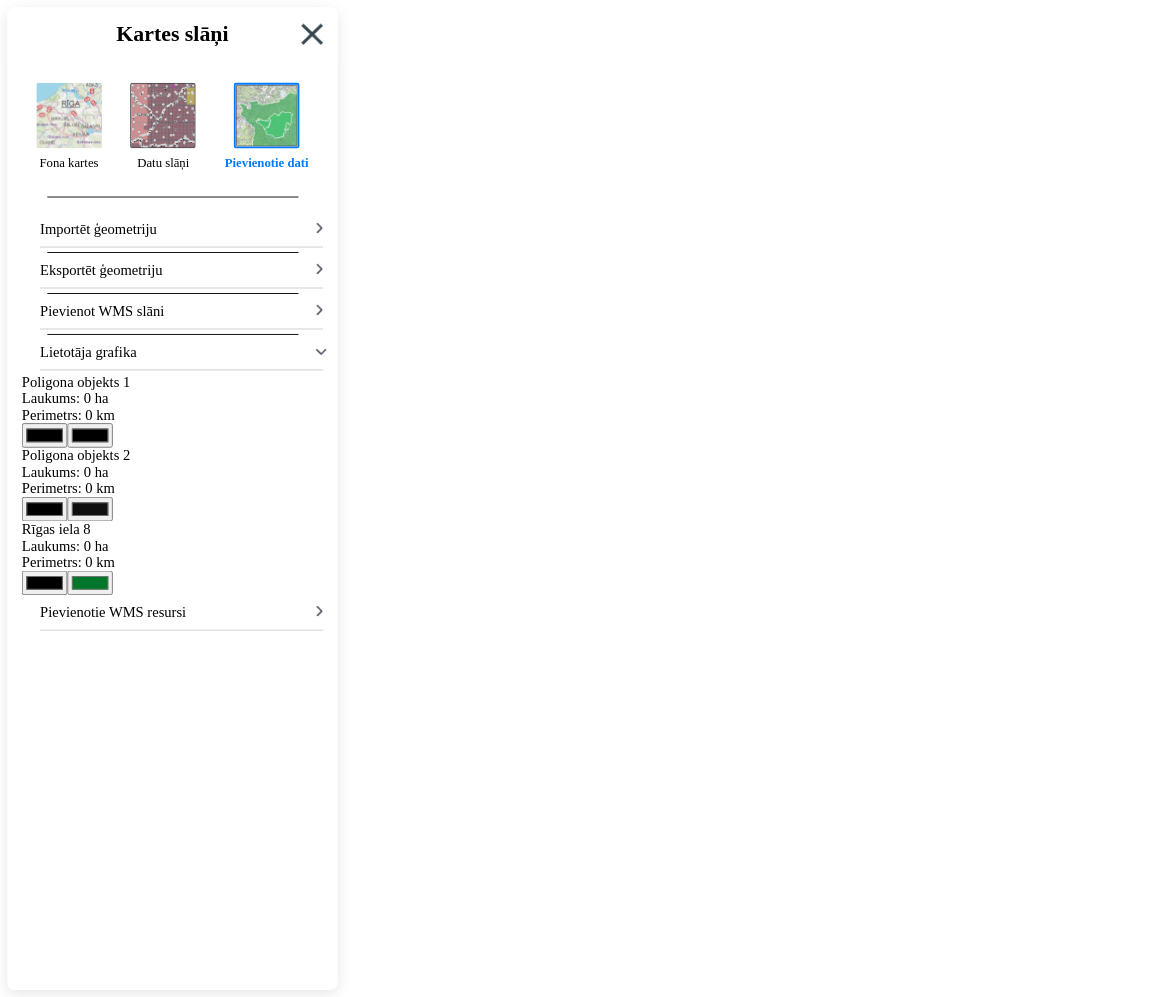
Repository: Kringelis/KP_kar-usl-i
Page: /, after clicking the first element matching `div.sidebar-tabs > :nth-child(3)`
These files come from the project's save history. The page is drawn as it stood at one moment and after the next save; the edit follows.
The browser window is 1280 px wide. The pictures show the whole page, at 91% of full size.
The project was rebuilt for these pictures with package versions that can differ from the ones it lists, and the page was loaded fresh each time. Also part of the build but not shown: src/components/FonaKartes.scss, src/components/DatuSlani.scss, src/components/DatuSlani.jsx, src/App.scss.

Above is the page before, as saved 2024-06-17 16:45:38.

After the next save:
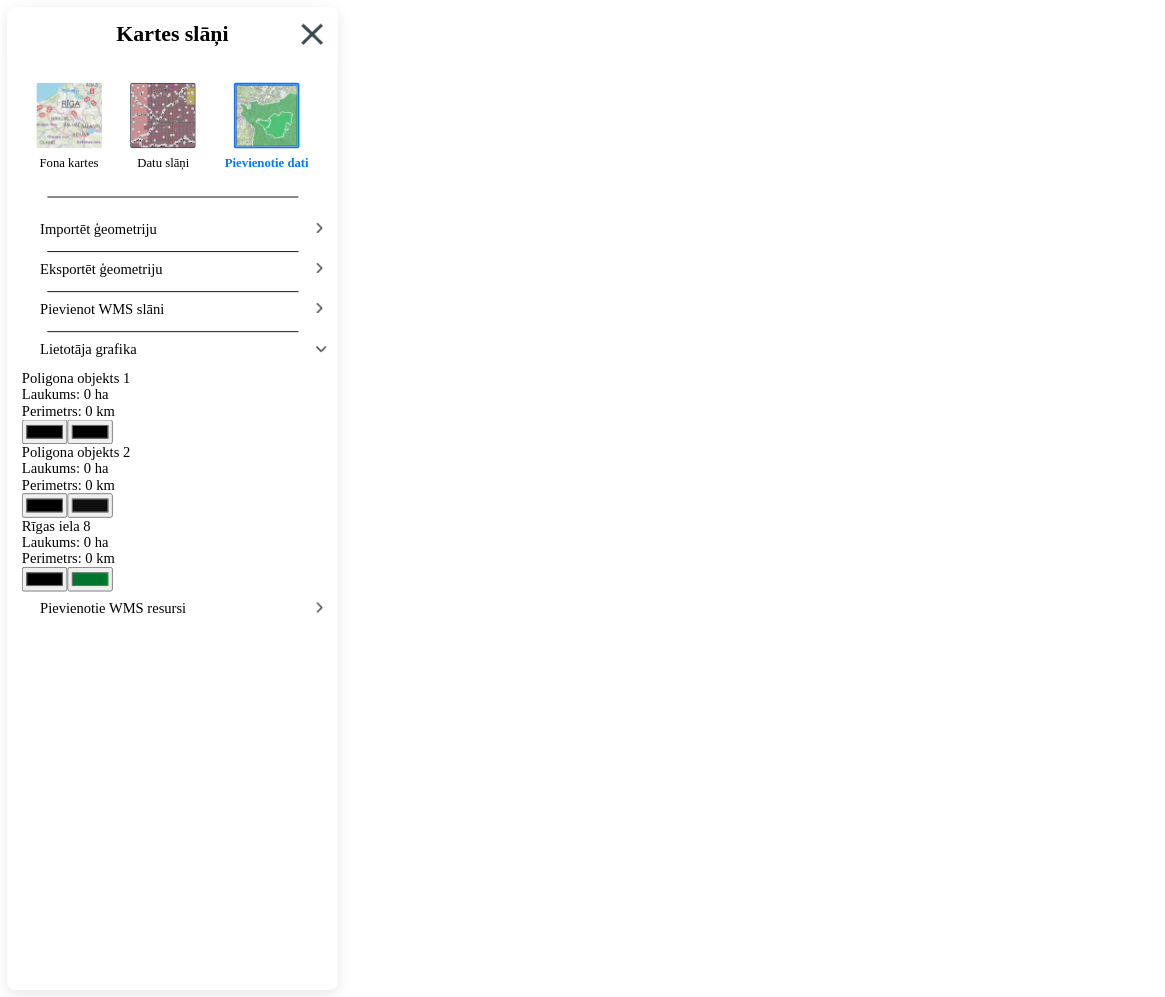
Saved 20 s later.
--- a/src/components/PievienotieDati.scss
+++ b/src/components/PievienotieDati.scss
@@ -8,7 +8,6 @@
     cursor: pointer;
     padding: 10px 0;
     margin-bottom: 4px;
-    border-bottom: 1px solid #ccc;
 
     .accordion-icon {
       transition: transform 0.3s ease;
